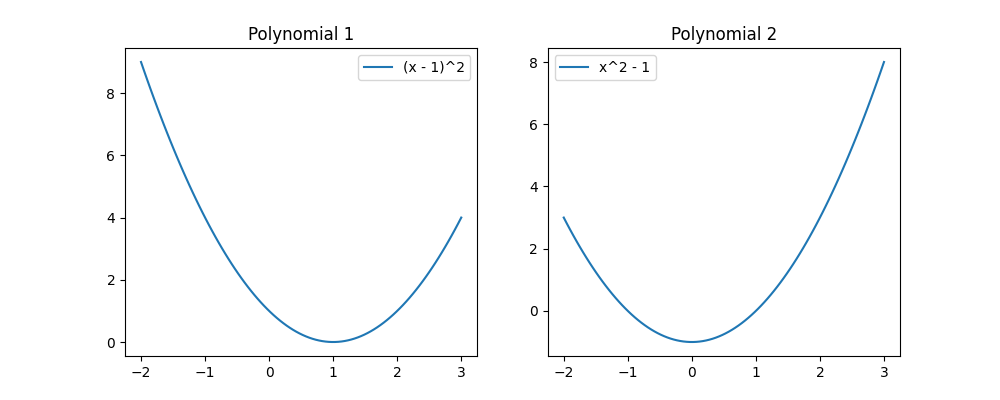
Repository: Viktoria8888/Natural-Cubic-Spline-Implementation
Script's output: python test2.py
An editor plug-in stored every save of this project. The script's output is shown before and after the next save, followed by the edit.
Random numbers start from a fixed seed.

Above is the script's output before, as saved 2023-12-25 16:26:26.

After the next save:
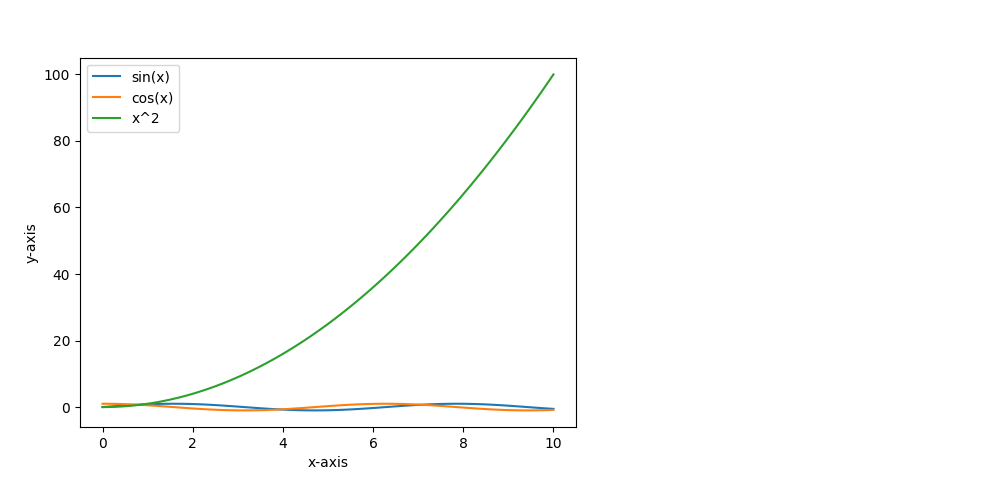
Saved 2 min 5 s later.
--- a/test2.py
+++ b/test2.py
@@ -1,28 +1,25 @@
 import matplotlib.pyplot as plt
 import numpy as np
 
-# Define some example polynomials
-poly1 = np.poly1d([1, -2, 1])  # Example: (x - 1)^2
-poly2 = np.poly1d([1, 0, -1])  # Example: x^2 - 1
+# Generate some data for the graphs
+x = np.linspace(0, 10, 100)
+y1 = np.sin(x)
+y2 = np.cos(x)
+y3 = x**2
 
-# Create a range of x values
-x_values = np.linspace(-2, 3, 100)
+# Plot the first graph
+plt.plot(x, y1, label='sin(x)')
 
-# Evaluate the polynomials at the x values
-y_values_poly1 = poly1(x_values)
-y_values_poly2 = poly2(x_values)
+# Plot the second graph
+plt.plot(x, y2, label='cos(x)')
 
-# Plotting
-fig, (ax1, ax2) = plt.subplots(1, 2, figsize=(10, 4))  # Create a 1x2 grid of subplots
+# Plot the third graph
+plt.plot(x, y3, label='x^2')
 
-# Plot the first polynomial
-ax1.plot(x_values, y_values_poly1, label='(x - 1)^2')
-ax1.set_title('Polynomial 1')
-ax1.legend()
+# Add labels and legend
+plt.xlabel('x-axis')
+plt.ylabel('y-axis')
+plt.legend()
 
-# Plot the second polynomial
-ax2.plot(x_values, y_values_poly2, label='x^2 - 1')
-ax2.set_title('Polynomial 2')
-ax2.legend()
-
+# Show the plot
 plt.show()
